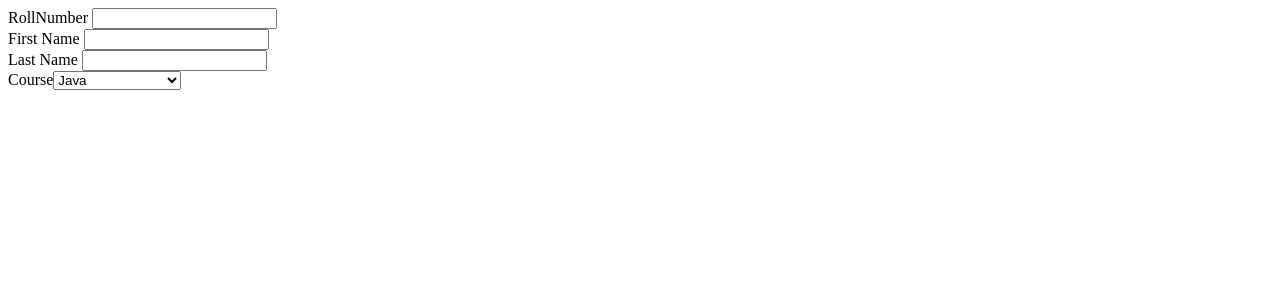
Repository: vivekraghu17/Sapient-Training-
Page: http://localhost/student-app/add-student.jsp
An editor plug-in stored every save of this project. The page is shown before and after the next save, followed by the edit.
The browser window is 1280 px wide. The pictures show the whole page.
The page is served by Tomcat 9.

Above is the page before, as saved 2020-02-18 12:05:43.

After the next save:
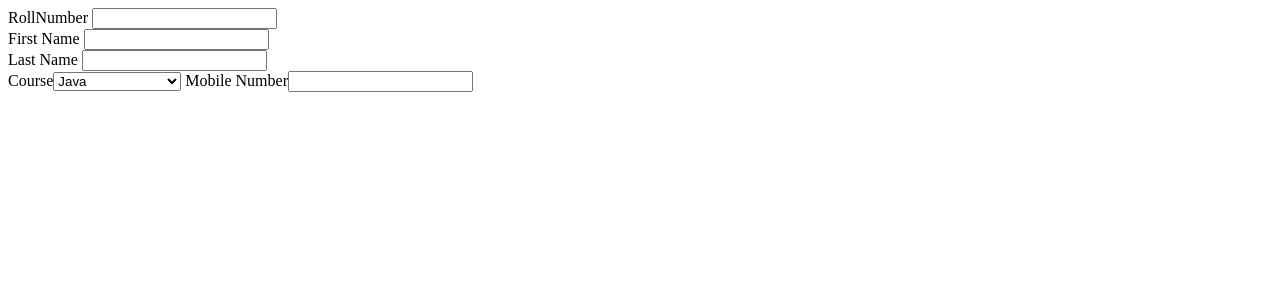
Saved 60 s later.
--- a/student-app/WebContent/add-student.jsp
+++ b/student-app/WebContent/add-student.jsp
@@ -21,6 +21,8 @@
   <option value="ajs">Angular JS</option>
   <option value="rjs">React JS</option>
 </select>
+Mobile Number<input type="tel"/><br>
+
 </form>
 </body>
 </html>
